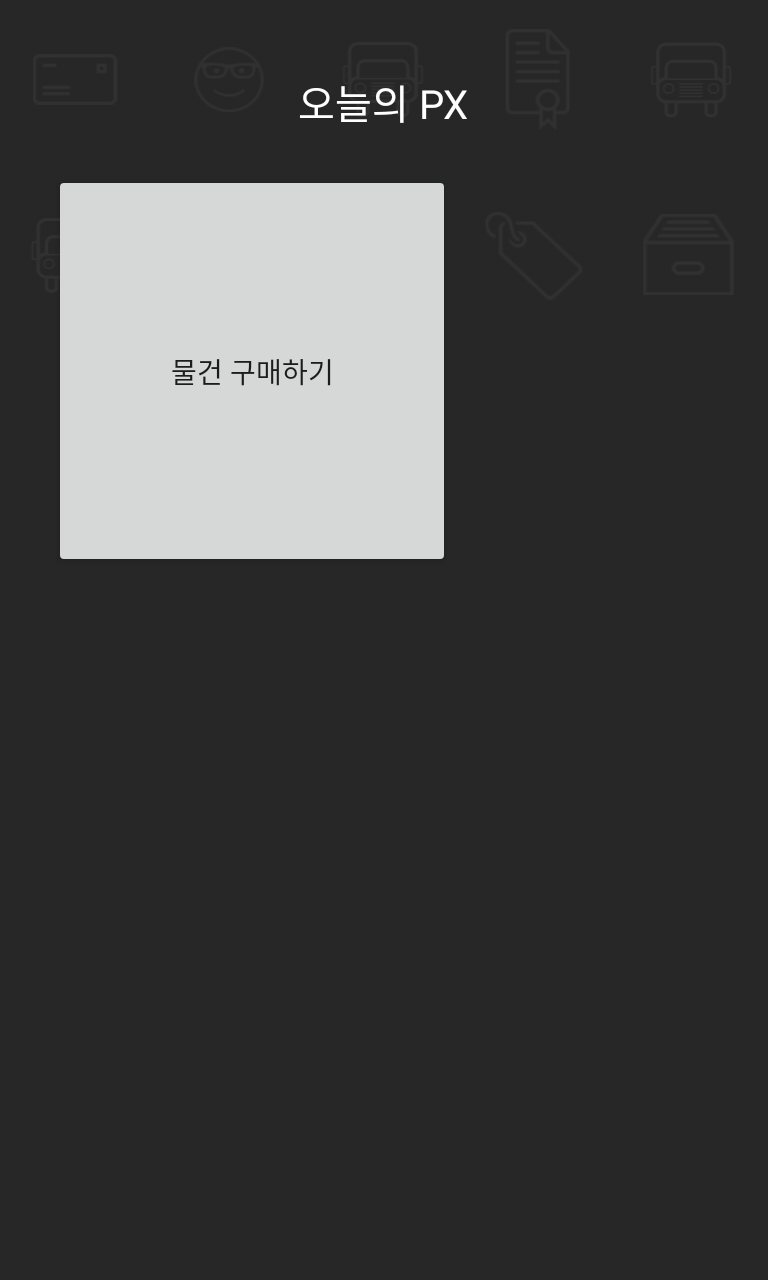
Repository: Jeonilju/rap
Layout: Demo/PxForRAP/res/layout/activity_main.xml
The author's editor kept a copy of each file at every save. The layout is drawn from the files as they stood at one save, then again after the next save.
It is drawn on a 768 x 1280 px phone screen (xhdpi) without system bars, with theme AppTheme; the app's code is not run.

Above is the layout before, as saved 2015-07-22 21:19:12.

### Demo/PxForRAP/res/layout/activity_main.xml
<RelativeLayout xmlns:android="http://schemas.android.com/apk/res/android"
    xmlns:tools="http://schemas.android.com/tools"
    android:layout_width="match_parent"
    android:layout_height="match_parent"
    android:paddingBottom="@dimen/activity_vertical_margin"
    android:paddingLeft="@dimen/activity_horizontal_margin"
    android:paddingRight="@dimen/activity_horizontal_margin"
    android:paddingTop="@dimen/activity_vertical_margin"
    tools:context="com.example.dangzicforrap.MainActivity"
    android:background="@drawable/main_background" >

    <TextView
        android:id="@+id/main_title"
        android:layout_width="wrap_content"
        android:layout_height="wrap_content"
        android:text="오늘의 PX"
        android:textSize="20sp"
        android:textColor="#ffffff"
        android:layout_centerHorizontal="true"
        android:layout_marginTop="20dp"
        android:layout_marginBottom="10dp"/>

    <Button
        android:id="@+id/main_btn_buy"
        android:layout_width="200dp"
        android:layout_height="200dp"
        android:layout_margin="10dp"
        android:layout_below="@id/main_title"
        android:text="물건 구매하기"/>


</RelativeLayout>

Loaded but not shown: Demo/PxForRAP/res/values/styles.xml (common file); Demo/PxForRAP/res/values-v11/styles.xml (common file); Demo/PxForRAP/res/values-v14/styles.xml (common file); Demo/PxForRAP/res/values/dimens.xml (common file); Demo/PxForRAP/res/values-w820dp/dimens.xml (common file)

After the next save:
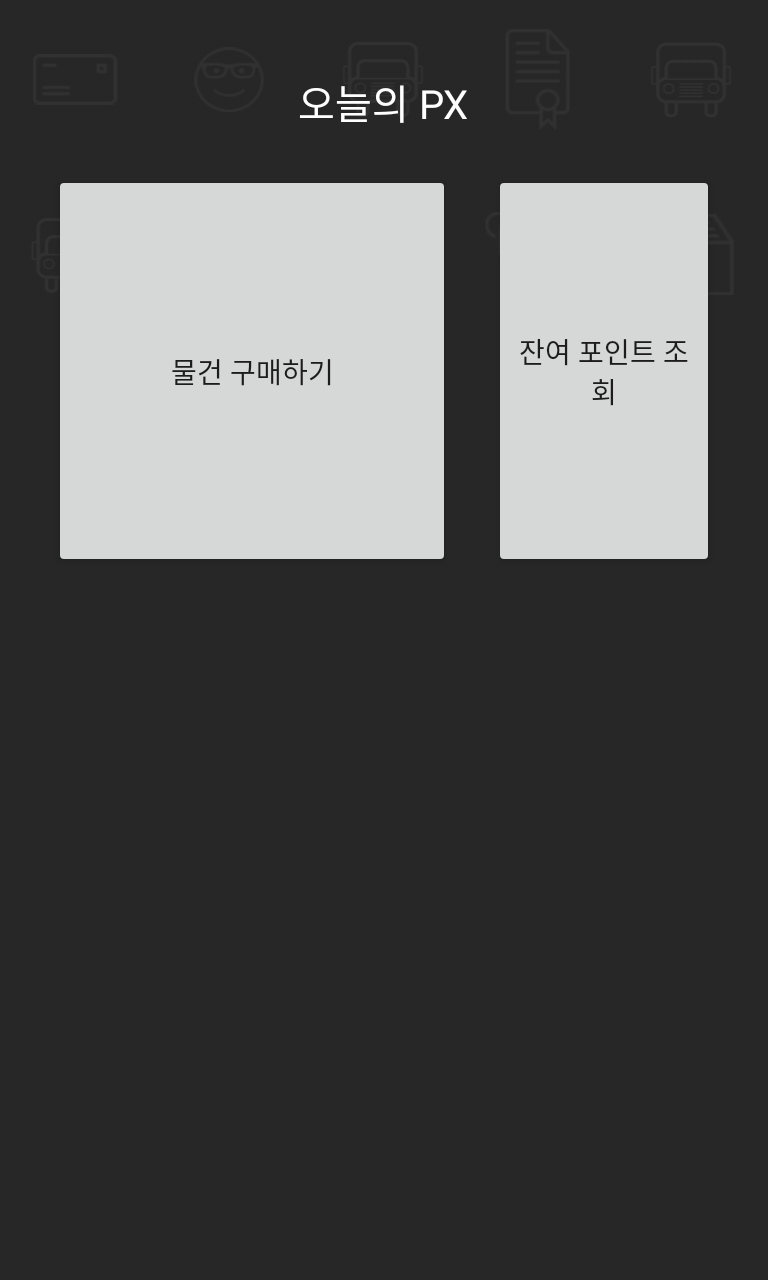
Saved 49 s later.
--- a/Demo/PxForRAP/res/layout/activity_main.xml
+++ b/Demo/PxForRAP/res/layout/activity_main.xml
@@ -28,5 +28,14 @@
         android:layout_below="@id/main_title"
         android:text="물건 구매하기"/>
 
+    <Button
+        android:id="@+id/main_btn_point"
+        android:layout_width="200dp"
+        android:layout_height="200dp"
+        android:layout_margin="10dp"
+        android:layout_below="@id/main_title"
+        android:layout_toRightOf="@id/main_btn_buy"
+        android:text="잔여 포인트 조회"/>
+
 
 </RelativeLayout>
